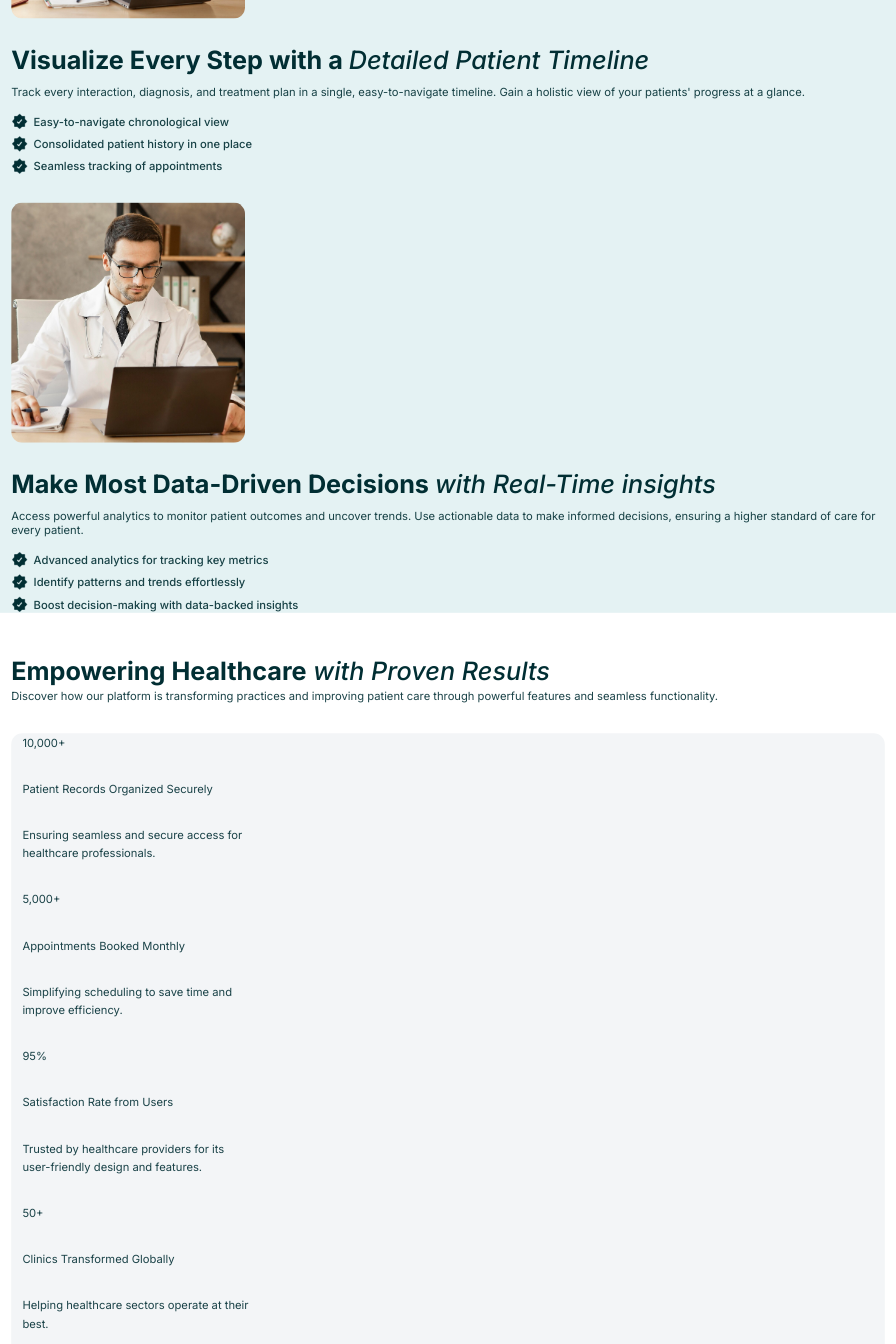
Repository: DiegoWWeege/recuperacao-prova-front-end
Page: index.html
The author's editor kept a copy of each file at every save. The page is drawn from the files as they stood at one save, then again after a run of saves.
The browser window is 1280 px wide. The pictures show the part of the page from y = 1908 to 3828 px (the page is 3852 px tall before and 3826 px after), at 70% of full size.

Above is the page before, as saved 2026-06-22 18:52:27.

### index.html
<!DOCTYPE html>
<html lang="pt-br">
<head>
    <meta charset="UTF-8">
    <meta name="viewport" content="width=device-width, initial-scale=1.0">
    <title>ERTIFY HEALTH</title>
    <link rel="stylesheet" href="style.css">
</head>
<body>

    <!--Cabeçalho da Lading Page-->

    <header>
        <img src="images/logo.png" alt="Ertify Health logo">

        <section>
        <button aria-label = "Get Started" class = "get-started-button">Get Started</button>

            <img src="icons/burguer-menu.png" alt="Burguer menu">
        </section>
    </header>

    <!--Conteúdo principal da Lading Page-->
    <main class = "hero-section">

        <section>
            <h1>Simple & Secure Patient <span>Management</span></h1>
            <!-- Foi dado um espaço na palavra &amp, pois quando junta apresentava erro no html!-->
            <p>CERTIFY’s platform automates intake & amp; check-in processes
            so you can put the focus back on delivering quality care.</p>
        </section>

        <section id = "buttons-section">
            <button  aria-label = "Get Started" class = "get-started-button">Get Started</button>
            <button aria-label = "Play demo" class = "play-demo-button">Play Demo</button>
        </section>

        <img src="images/three-doctors.png" alt="Three doctors">
    </main>



    <section class = "section-patient-journey">
        <h2>Get a Proper Visualisation on <span>Patient Jouney</span></h2>

        <p>Understand and  manage your patients' healthcare journeys with
            clarity and precision. Our platform offers tools that provide
            actionable insights at every stage.</p>


        <section class = "image-text-benefits">

            <img src="images/doctor-xray.png" alt="A doctor sitting in his desk looking at an x-ray">

            <h2>Visualize Every Step with a <span>Detailed Patient Timeline</span></h2>

            <p>Track every interaction, diagnosis, and treatment
                plan in a single, easy-to-navigate
                timeline. Gain a holistic view of your patients'
                progress at a glance.</p>

            <section class = "benefits-grid">

                <img src="icons/checkmark-badge-02.png" alt="">
                <p class = "benefit">Easy-to-navigate chronological view</p>

                <img src="icons/checkmark-badge-02.png" alt="">
                <p class = "benefit">Consolidated patient history in one place</p>

                <img src="icons/checkmark-badge-02.png" alt="">
                <p class = "benefit">Seamless tracking of appointments</p>

            </section>

        </section>

        <section class = "image-text-benefits">

            <img src="images/doctor-laptop.png" alt="A doctor sitting in his desk looking at an x-ray">

            <h2>Make Most Data-Driven Decisions <span>with Real-Time insights</span></h2>

            <p>Access powerful analytics to monitor patient outcomes
                and uncover trends. Use actionable data
                 to make informed decisions, ensuring a higher standard
                 of care for every patient.</p>

            <section class = "benefits-grid">

                <img src="icons/checkmark-badge-02.png" alt="">
                <p class = "benefit">Advanced analytics for tracking key metrics</p>

                <img src="icons/checkmark-badge-02.png" alt="">
                <p class = "benefit">Identify patterns and trends effortlessly</p>

                <img src="icons/checkmark-badge-02.png" alt="">
                <p class = "benefit">Boost decision-making with data-backed insights</p>

            </section>

        </section>

    </section>

    <section class = "section-empowering-healthcare">
        <section class = "main-text">

        </section>
        <h2>Empowering Healthcare<span> with Proven Results</span></h2>

        <p>Discover how our platform is transforming practices and improving
            patient care through powerful features and seamless functionality.</p>

        <section class = "boxes-grid">
            <section class = "first-box">
                <p>10,000+</p>
                <p>Patient Records Organized Securely</p>

                <p>Ensuring seamless and secure access for healthcare professionals.</p>
            </section>

            <section class = "second-box">
                <p>5,000+</p>
                <p>Appointments Booked Monthly</p>

                <p>Simplifying scheduling to save time and improve efficiency.</p>
            </section>

            <section class = "third-box">
                <p>95%</p>
                <p>Satisfaction Rate from Users</p>

                <p>Trusted by healthcare providers for its user-friendly design and features.</p>
            </section>

            <section class = "fourth-box">
                <p>50+</p>
                <p>Clinics Transformed Globally</p>

                <p>Helping healthcare sectors operate at their best.</p>
            </section>
        </section>

    </section>
</body>
</html>

### style.css
@import url('https://fonts.googleapis.com/css2?family=Inter:ital,opsz,wght@0,14..32,100..900;1,14..32,100..900&family=Roboto:ital,wght@0,100..900;1,100..900&display=swap');

*{
    margin: 0px;
    padding: 0px;
    font-family: 'Inter', sans-serif;
}

img{
    object-fit: cover;
}

header{
    background-color: #012E33;
    width: 100vw;
    border-bottom: 1px solid #1A4347;
    display: grid;
    grid-template-columns: 1fr auto;
    align-items: center;
    padding: 1rem;
    box-sizing: border-box;
}

.get-started-button{
    background-color: #0EB770;
    color: white;
    font-size: 1rem;
    font-weight: 500;
    border-radius: 100px;
    height: 2.5rem;
    width: 8.063rem;
    border-style: none;
    justify-self: end;

}

header section{
    display: grid;
    grid-template-columns:auto auto;
    align-items: center;
    gap: 1rem;
}

.hero-section{
    background-color: #012E33;
    padding-top: 4.313rem;
    box-sizing: border-box;
}

.hero-section h1{
    font-family: "Inter" , sans-serif;
    font-size: 2.75rem;
    font-weight: 700;
    color: white;
    margin-bottom: 0.75rem;
    margin-left: 1.375rem;
    margin-right: 0.625rem;

}

.hero-section span{
    font-weight: 400;
    font-family: "Inter" , sans-serif;
    font-style: italic;
}

.hero-section p{
    color: rgba(255, 255, 255, 0.904);
    line-height: 1.625rem;
    margin-bottom: 4.313rem;
    margin-left: 1.375rem;
    margin-right: 0.625rem;
}

.hero-section #buttons-section button{
    width: 21.438rem;
    height: 3.5rem;
    margin-left: 1.375rem;
    margin-right: 0.625rem;
}

.hero-section #buttons-section .get-started-button{
    margin-bottom: 1rem;
}

.hero-section #buttons-section .play-demo-button{
    border: 1px solid #044046;
    border-radius: 100px;
    background: none;
    color: white;
    align-items: center;
    font-weight: 500;
    font-size: 16px;
}

.hero-section img{
    width: 100vw;
    margin-top: 2rem;
}

.section-patient-journey{
    background-color: #E4F2F3;
    padding-left: 1rem;
    padding-right: 1rem;
    padding-top: 3.75rem;
}

.section-patient-journey h2{
    font-family: "Inter" , sans-serif;
    font-weight: 700;
    font-size: 36px;
    line-height: 46px;
    color: #012E33;
    text-align: center;
}

.section-patient-journey span{
    font-weight: 500;
    font-style: italic;
}

.section-patient-journey p{
    color: #012e33e7;
    font-weight: 400;
    text-align: center;
    margin-top: 0.75rem;
}

.section-patient-journey img{
    height: 21.438rem;
    width: 20.875rem;
    border-radius: 1rem;
    margin-top: 2.5rem;
    margin-bottom: 2rem;
}

.section-patient-journey .image-text-benefits h2{
    text-align: start;
}

.section-patient-journey .image-text-benefits p{
    text-align:  start;
}

.image-text-benefits .benefits-grid{
    display: grid;
    grid-template-columns: auto 1fr;
    gap: 0.5rem;
    margin-top: 1.313rem;

}

.image-text-benefits .benefits-grid img{
    width: 1.5rem;
    height: 1.5rem;
    margin: 0px;

}

.image-text-benefits .benefits-grid p{
    margin: 0px;
    align-self: center;
    font-weight: 500;
}

.section-empowering-healthcare h2{
    margin-top: 3.75rem;
    margin-left: 1rem;
    margin-bottom: 0,75rem;
    font-family: "Inter" , sans-serif;
    font-weight: 700;
    line-height: 46px;
    font-size: 36px;
    color: #012E33;
}

.section-empowering-healthcare span {
    font-weight: 500;
    font-style: italic;
}

.section-empowering-healthcare p{
    margin-left: 1rem;
    font-family: "Inter" , sans-serif;
    font-weight: 400;
    font-size: 16px;
    line-height: 26px;
    color: #012E33E5;
    margin-bottom: 2.5rem;

}
.section-empowering-healthcare .boxes-grid{
    display: grid;
    grid-template-columns: 21.438rem;
    background-color: #F3F5F7;
    border-radius: 16px;
    margin-left: 1rem;
    margin-right: 1rem;


}

After the next 2 saves:
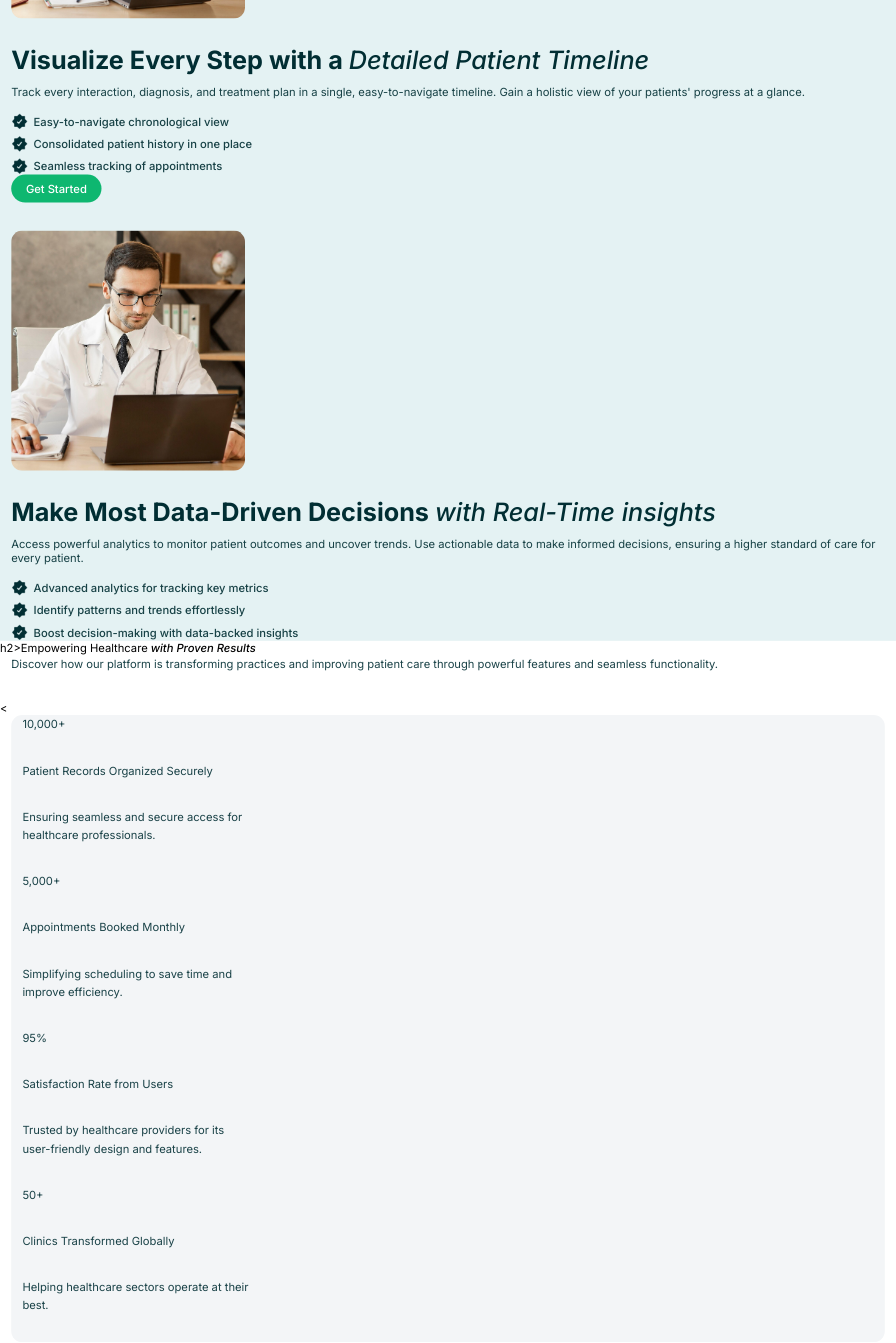
The 2 saves are shown as one change because they came seconds apart.
The last was saved 7 s later.
--- a/index.html
+++ b/index.html
@@ -72,6 +72,8 @@
 
             </section>
 
+            <button  aria-label = "Get Started" class = "get-started-button">Get Started</button>
+
         </section>
 
         <section class = "image-text-benefits">
@@ -104,12 +106,12 @@
 
     <section class = "section-empowering-healthcare">
         <section class = "main-text">
-
-        </section>
-        <h2>Empowering Healthcare<span> with Proven Results</span></h2>
+            h2>Empowering Healthcare<span> with Proven Results</span></h2>
 
         <p>Discover how our platform is transforming practices and improving
             patient care through powerful features and seamless functionality.</p>
+        </section>
+        <
 
         <section class = "boxes-grid">
             <section class = "first-box">
